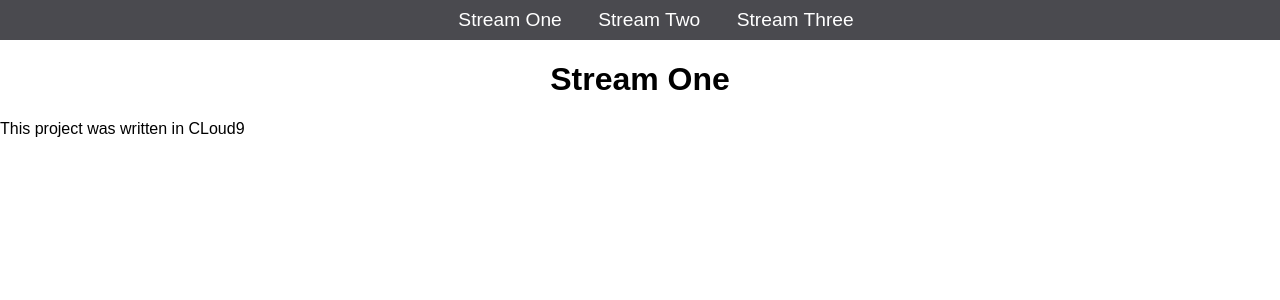
Repository: AidanJReid/first-website
Page: stream-one.html
The author's editor kept a record of every edit. The page is drawn from the files as they stood at one moment, then again after the next edit.
The browser window is 1280 px wide. The pictures show the whole page.

Above is the page before.

After the next edit:
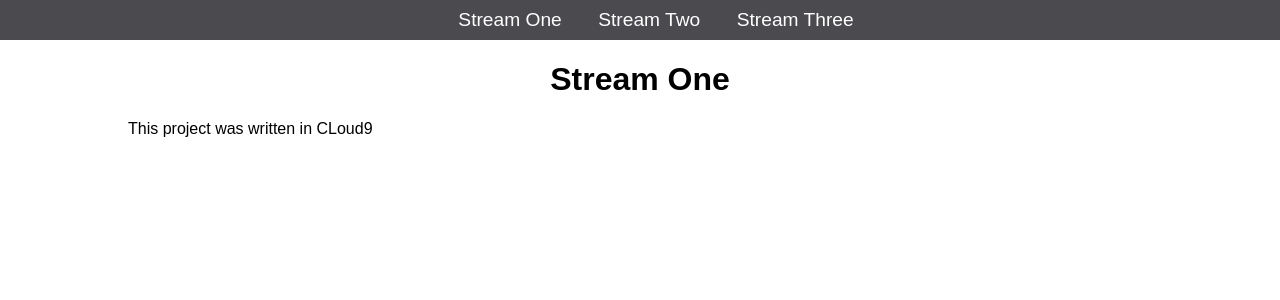
The edit:
--- a/stream-one.html
+++ b/stream-one.html
@@ -13,6 +13,10 @@
             </ul>
         </nav>
         <h1>Stream One</h1>
-        <p>This project was written in CLoud9</p>
+        <div class="card">This project was written in CLoud9
+            <a href="">
+                <img />
+                <h2></h2>
+        </div>
     </body>
 </html>
